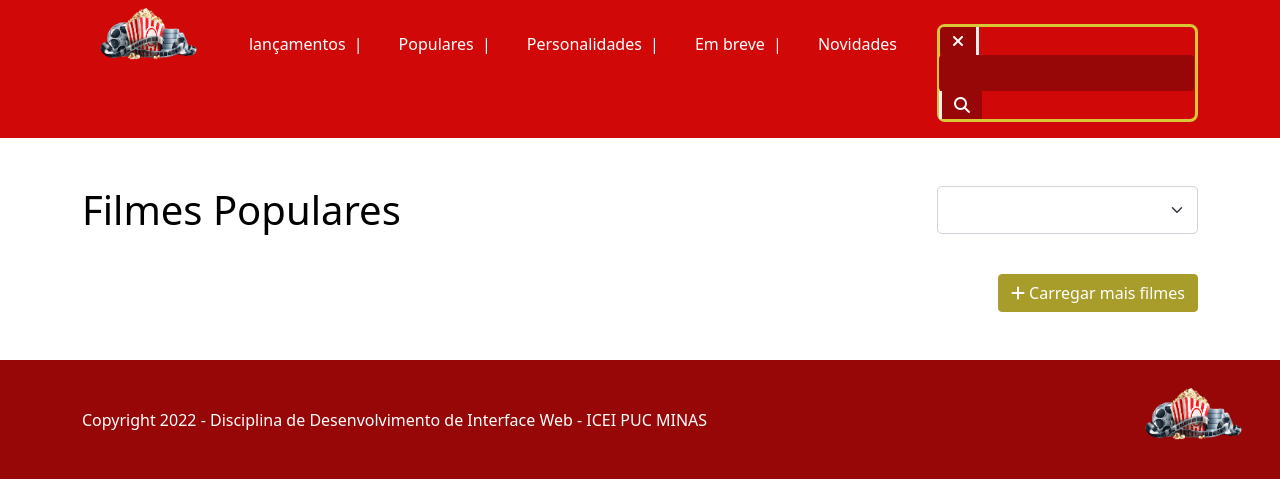
Repository: PedroH-Santos/portalFilmes-Html-JS
Page: Trabalho01-Web/pesquisa.html
An editor plug-in stored every save of this project. The page is shown before and after the next save, followed by the edit.
The browser window is 1280 px wide. The pictures show the whole page.
The page's requests for data from a server got no answer. Some web libraries are served in a nearby version.

Above is the page before, as saved 2022-06-09 19:52:44.
Console error (its wording comes from the project's code and is left out).

After the next save:
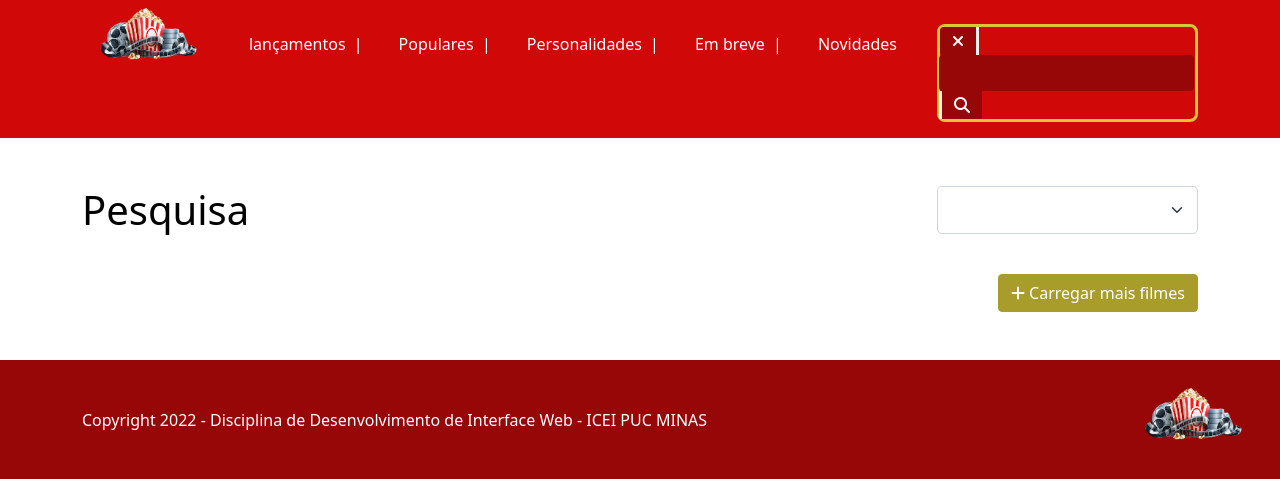
Saved 43 s later.
--- a/Trabalho01-Web/pesquisa.html
+++ b/Trabalho01-Web/pesquisa.html
@@ -100,7 +100,7 @@
             <div class="container ">
                 <div class="row ">
                     <div class="col-xl-9  col-sm-12  col-12 mt-4">
-                        <h1 class="mt-4 "> Filmes Populares </h1>
+                        <h1 class="mt-4 "> Pesquisa </h1>
                     </div>
                     <div class="col-xl-3  col-sm-12 scol-12 mt-5">
                         <select class="form-select form-select-lg mb-3 selectGenres"
